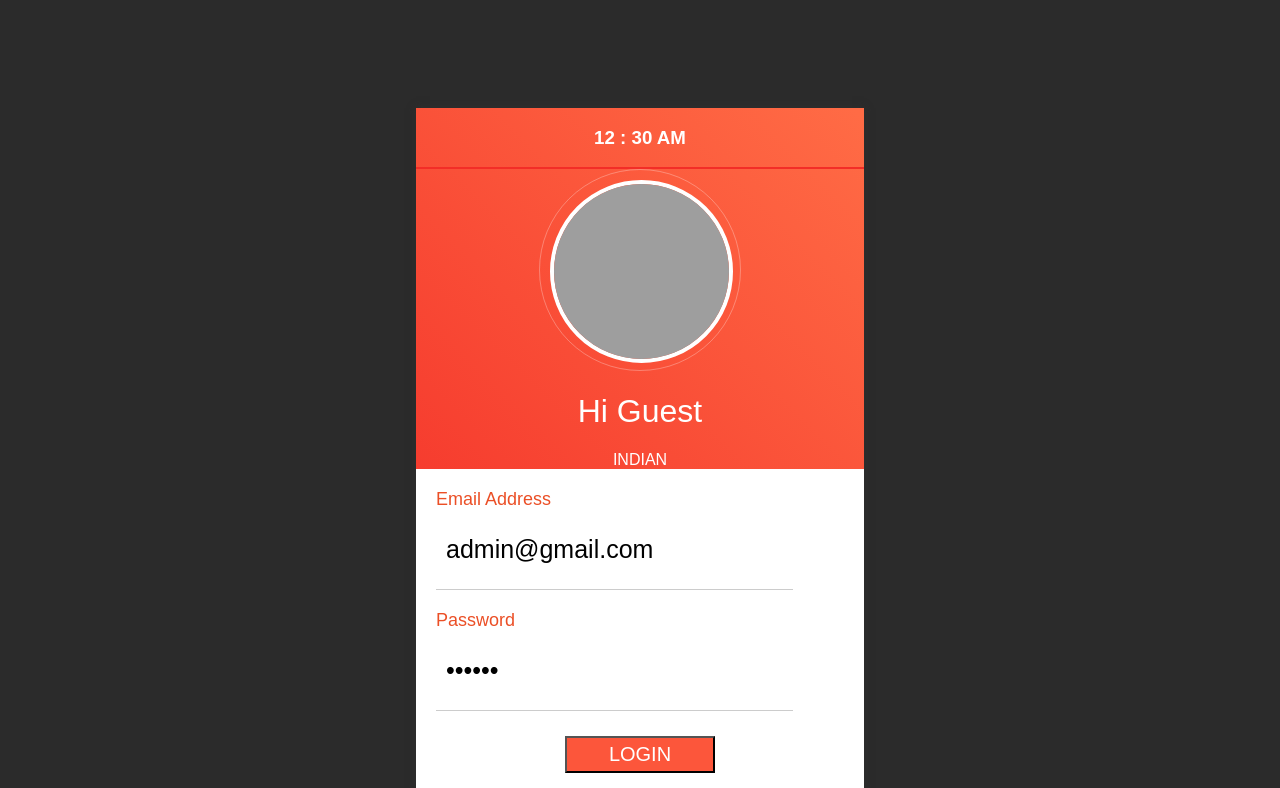
Repository: CHOKIHO/html
Page: work/0112_bootstrap/WebContent/ex01_bootstrap_login.html
These files come from the project's save history. The page is drawn as it stood at one moment and after the next save; the edit follows.
The browser window is 1280 px wide. The pictures show the whole page.
Pictures or frames that could not be fetched are drawn as grey boxes. Some web fonts or font styles are not loaded; a fallback is used.

Above is the page before, as saved 2017-01-13 01:04:54.

After the next save:
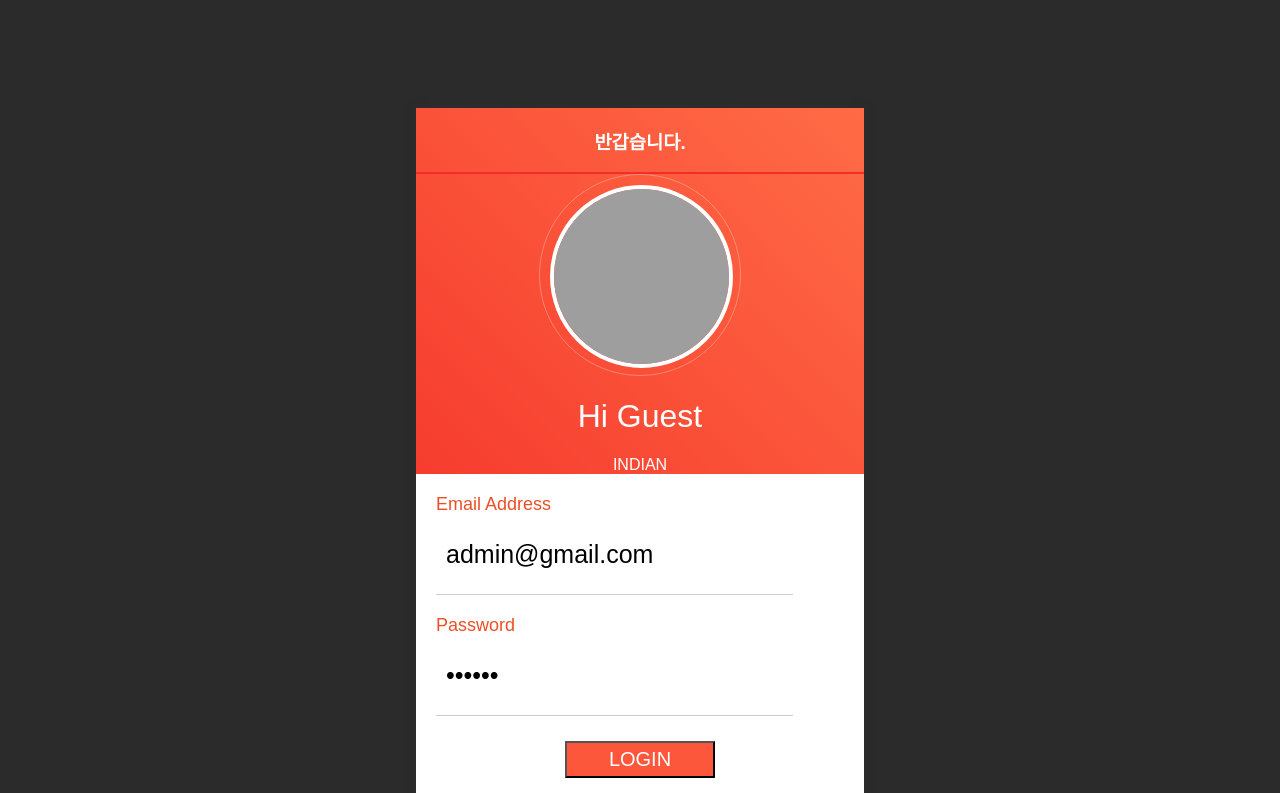
Saved 43 s later.
--- a/work/0112_bootstrap/WebContent/ex01_bootstrap_login.html
+++ b/work/0112_bootstrap/WebContent/ex01_bootstrap_login.html
@@ -179,7 +179,7 @@
 <div class="container">
 	<div class="row login_box">
 	    <div class="col-md-12 col-xs-12" align="center">
-            <div class="line"><h3>12 : 30 AM</h3></div>
+            <div class="line"><h3>반갑습니다.</h3></div>
             <div class="outter"><img src="http://lorempixel.com/output/people-q-c-100-100-1.jpg" class="image-circle"/></div>
             <h1>Hi Guest</h1>
             <span>INDIAN</span>
